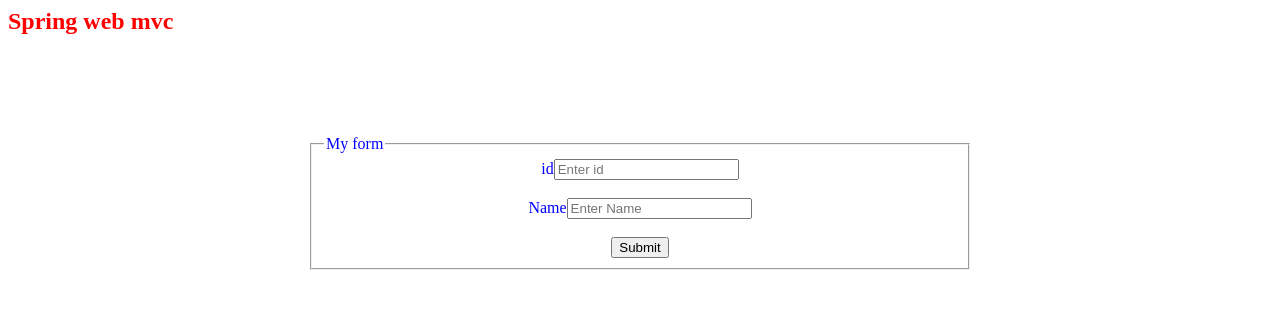
Repository: NaveenPriya1/Sts-full-new-laptop
Page: http://localhost/springwebmvc/
The author's editor kept a copy of each file at every save. The page is drawn from the files as they stood at one save, then again after the next save.
The browser window is 1280 px wide. The pictures show the whole page.
The page is served by Tomcat 9.

Above is the page before, as saved 2022-07-28 14:00:45.

After the next save:
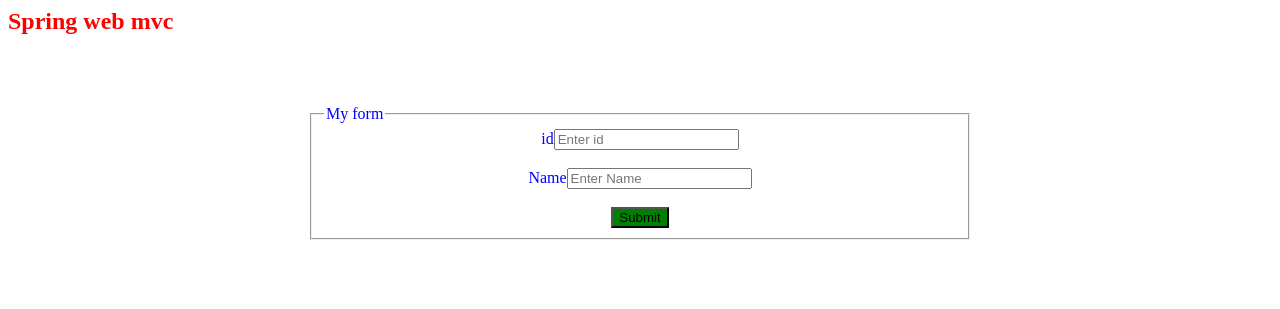
Saved 2 min 21 s later.
--- a/springwebmvc/src/main/webapp/index.jsp
+++ b/springwebmvc/src/main/webapp/index.jsp
@@ -1,15 +1,22 @@
 <html>
+<head>
+<style type="text/css">
+#submit{background-color: green
+}
+
+</style>
+</head>
 <body>
 <h2 style=color:red>Spring web mvc</h2>
 
-<div style=color:blue;margin-left:300px;margin-right:300px;margin-top:100px>
+<div style=color:blue;margin-left:300px;margin-right:300px;margin-top:70px>
 <form action="first">
 <fieldset style=margin-lef:50px>
 <legend >My form</legend>
 <div style=text-align:center>
 id<input type="text" name="id" placeholder="Enter id"><br><br>
 Name<input type="text" name="name" placeholder="Enter Name"><br><br>
-<input type="submit">
+<input type="submit" id="submit">
 </div>
 
 </fieldset>
